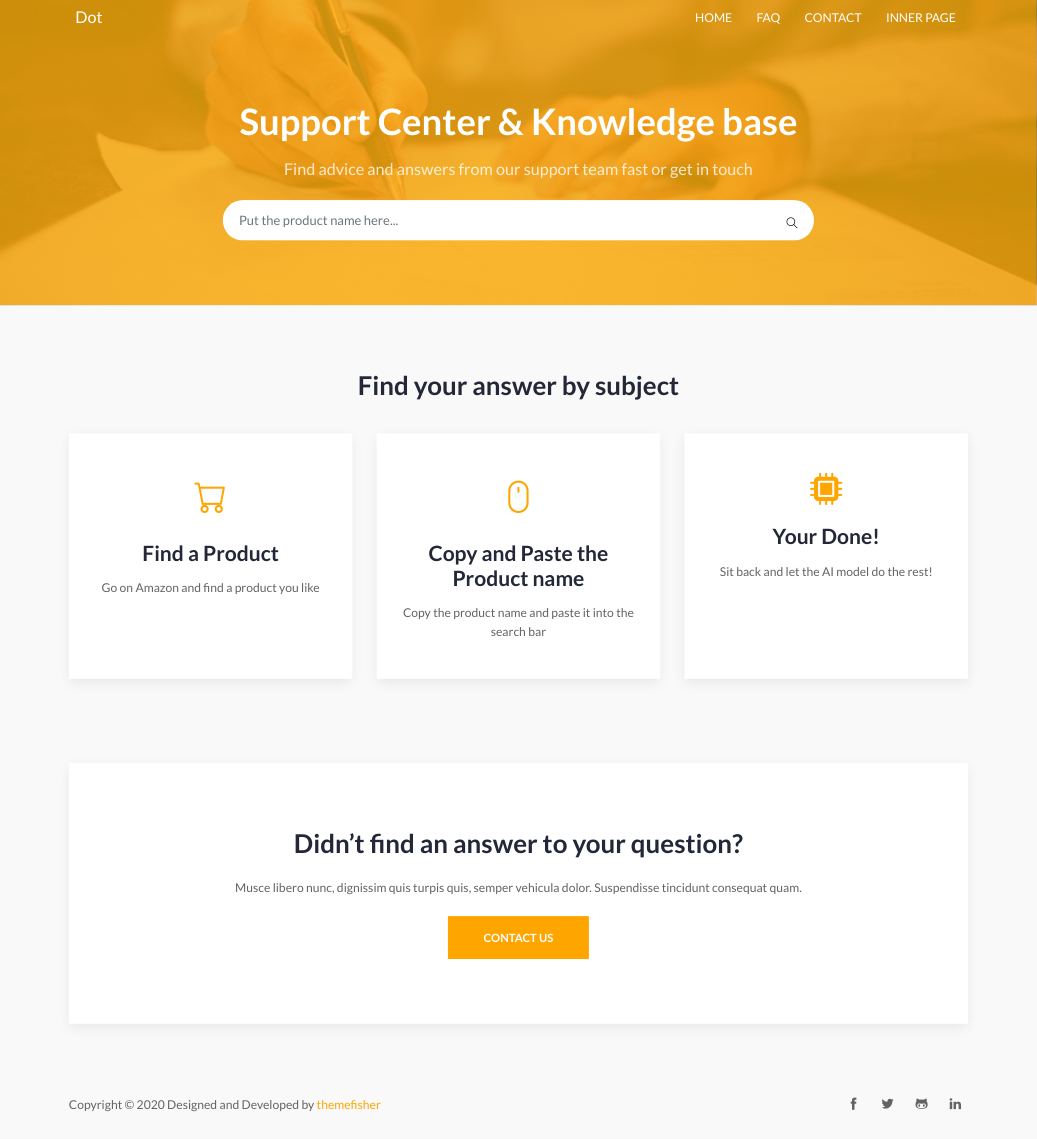
Repository: AlexThyCoolest/ReviewReader
Page: http://localhost/
The author's editor kept a copy of each file at every save. The page is drawn from the files as they stood at one save, then again after the next save.
The browser window is 1280 px wide. The pictures show the whole page, at 81% of full size.
The page is served by the project's application, run on Flask 3 (main.py).

Above is the page before, as saved 2024-07-23 11:17:35.

### OYT/templates/index.html
<!DOCTYPE html>
<html lang="en-us">

<head>
    <meta charset="utf-8">
    <title>Dot</title>
    <meta name="viewport" content="width=device-width, initial-scale=1, maximum-scale=1">

    <!-- theme meta -->
    <meta name="theme-name" content="dot" />

    <!-- ** CSS Plugins Needed for the Project ** -->

    <!-- Bootstrap -->
    <link rel="stylesheet" href="static/plugins/bootstrap/bootstrap.min.css">
    <!-- themefy-icon -->
    <link rel="stylesheet" href="static/plugins/themify-icons/themify-icons.css">
    <!--Favicon-->
    <link rel="icon" href="images/favicon.png" type="image/x-icon">
    <!-- fonts -->
    <link href="https://fonts.googleapis.com/css?family=Lato:300,400,700&display=swap" rel="stylesheet">
    <link rel="stylesheet" href="https://cdnjs.cloudflare.com/ajax/libs/font-awesome/6.0.0-beta3/css/all.min.css">
    <link rel="stylesheet" href="https://cdn.jsdelivr.net/npm/bootstrap-icons@1.11.3/font/bootstrap-icons.min.css">
    <!-- Main Stylesheet -->
    <link href="static/assets/style.css" rel="stylesheet" media="screen" />
    <style>
        :root {
            --primary-color: #FFA500;
            /* Yellow-Orange */
        }

        .btn-primary,
        .bg-primary {
            background-color: var(--primary-color) !important;
            border-color: var(--primary-color) !important;
        }

        .text-primary {
            color: var(--primary-color) !important;
        }
    </style>
</head>
</head>

<body>
    <!-- header -->
    <header class="banner overlay bg-cover" data-background="images/banner.jpg">
        <nav class="navbar navbar-expand-md navbar-dark">
            <div class="container">
                <a class="navbar-brand px-2" href="index.html">Dot</a>
                <button class="navbar-toggler border-0" type="button" data-toggle="collapse" data-target="#navigation"
                    aria-controls="navigation" aria-expanded="false" aria-label="Toggle navigation">
                    <span class="navbar-toggler-icon"></span>
                </button>

                <div class="collapse navbar-collapse text-center" id="navigation">
                    <ul class="navbar-nav ml-auto">
                        <li class="nav-item">
                            <a class="nav-link text-dark" href="index.html">Home</a>
                        </li>
                        <li class="nav-item">
                            <a class="nav-link text-dark" href="faq.html">Faq</a>
                        </li>
                        <li class="nav-item">
                            <a class="nav-link text-dark" href="contact.html">contact</a>
                        </li>
                        <li class="nav-item">
                            <a class="nav-link text-dark" href="single.html">Inner Page</a>
                        </li>
                    </ul>
                </div>
            </div>
        </nav>
        <!-- banner -->
        <div class="container section">
            <div class="row">
                <div class="col-lg-8 text-center mx-auto">
                    <h1 class="text-white mb-3">Support Center &amp; Knowledge base</h1>
                    <p class="text-white mb-4">Find advice and answers from our support team fast or get in touch</p>
                    <div class="position-relative">
                        <form action="/loading" method="post">
                            <input id="product_name" name="product_name" type="text" class="form-control"
                                placeholder="Put the product name here...">
                            <button type="submit" class="search-icon p-0" style="background:white; border:none;"><i
                                    class="ti-search"></i></button>
                        </form>
                    </div>
                </div>
            </div>
        </div>
        <!-- /banner -->
    </header>
    <!-- /header -->

    <!-- topics -->
    <section class="section">
        <div class="container">
            <div class="row justify-content-center">
                <div class="col-12 text-center">
                    <h2 class="section-title">Find your answer by subject</h2>
                </div>
                <!-- topic-item -->
                <div class="col-lg-4 col-sm-6 mb-4">
                    <div class="px-4 py-5 bg-white shadow text-center d-block match-height" style="height: 100%;">
                        <i class="bi bi-cart icon text-primary d-block mb-4"></i>
                        <h3 class="mb-3 mt-0">Find a Product</h3>
                        <p class="mb-0">Go on Amazon and find a product you like</p>
                    </div>
                </div>
                <div class="col-lg-4 col-sm-6 mb-4">
                    <div class="px-4 py-5 bg-white shadow text-center d-block match-height" style="height: 100%;">
                        <i class="bi bi-mouse icon text-primary d-block mb-4"></i>
                        <h3 class="mb-3 mt-0">Copy and Paste the Product name</h3>
                        <p class="mb-0">Copy the product name and paste it into the search bar</p>
                    </div>
                </div>
                <div class="col-lg-4 col-sm-6 mb-4">
                    <div class="px-4 py-5 bg-white shadow text-center d-block match-height" style="height: 100%;">
                        <i class="fa-solid fa-microchip icon text-primary d-block mb-4"></i>
                        <h3 class="mb-3 mt-0">Your Done!</h3>
                        <p class="mb-0">Sit back and let the AI model do the rest!</p>
                    </div>
                </div>
            </div>
        </div>
    </section>
    <!-- /topics -->

    <!-- call to action -->
    <section>
        <div class="container">
            <div class="row">
                <div class="col-12">
                    <div class="section px-3 bg-white shadow text-center">
                        <h2 class="mb-4">Didn&rsquo;t find an answer to your question?</h2>
                        <p class="mb-4">Musce libero nunc, dignissim quis turpis quis, semper vehicula dolor.
                            Suspendisse tincidunt
                            consequat quam.</p>
                        <a href="contact.html" class="btn btn-primary">contact us</a>
                    </div>
                </div>
            </div>
        </div>
    </section>
    <!-- /call to action -->

    <!-- footer -->
    <footer class="section pb-4">
        <div class="container">
            <div class="row align-items-center">
                <div class="col-md-8 text-md-left text-center">
                    <p class="mb-md-0 mb-4">Copyright © 2020 Designed and Developed by <a
                            href="https://themefisher.com/">themefisher</a></p>
                </div>
                <div class="col-md-4 text-md-right text-center">
                    <ul class="list-inline">
                        <li class="list-inline-item"><a class="text-color d-inline-block p-2" href="#"><i
                                    class="ti-facebook"></i></a></li>
                        <li class="list-inline-item"><a class="text-color d-inline-block p-2" href="#"><i
                                    class="ti-twitter-alt"></i></a></li>
                        <li class="list-inline-item"><a class="text-color d-inline-block p-2" href="#"><i
                                    class="ti-github"></i></a>
                        </li>
                        <li class="list-inline-item"><a class="text-color d-inline-block p-2" href="#"><i
                                    class="ti-linkedin"></i></a></li>
                    </ul>
                </div>
            </div>
        </div>
    </footer>
    <!-- /footer -->

    <!-- ** JS Plugins Needed for the Project ** -->
    <!-- jquiry -->
    <script src="static/plugins/jquery/jquery-1.12.4.js"></script>
    <!-- Bootstrap JS -->
    <script src="static/plugins/bootstrap/bootstrap.min.js"></script>
    <!-- match-height JS -->
    <script src="static/plugins/match-height/jquery.matchHeight-min.js"></script>
    <!-- Main Script -->
    <script src="assets/script.js"></script>
</body>

</html>

### OYT/static/assets/style.css
:root {
  --primary-color: #02007e;
  --body-color: #f9f9f9;
  --text-color: #636363;
  --text-color-dark: #242738;
  --white-color: #ffffff;
  --light-color: #f8f9fa;
  --font-family: Lato;
}

body {
  line-height: 1.5;
  font-family: var(--font-family), sans-serif;
  -webkit-font-smoothing: antialiased;
  font-size: 17px;
  color: var(--text-color);
  background-color: var(--body-color)
}

p {
  color: var(--text-color);
  font-size: 15px
}

h1,
h2,
h3,
h4,
h5,
h6 {
  color: var(--text-color-dark);
  font-family: var(--font-family), sans-serif;
  font-weight: 700;
  line-height: 1.2
}

h1,
.h1 {
  font-size: 45px
}

h2,
.h2 {
  font-size: 32px
}

h3,
.h3 {
  font-size: 26px
}

h4,
.h4 {
  font-size: 20px
}

h5,
.h5 {
  font-size: 18px
}

h6,
.h6 {
  font-size: 14px
}

.btn {
  font-size: 14px;
  font-family: var(--font-family), sans-serif;
  text-transform: uppercase;
  padding: 16px 44px;
  border-radius: 0;
  font-weight: 600;
  border: 0;
  position: relative;
  z-index: 1;
  transition: .2s ease
}

.btn:focus {
  outline: 0;
  box-shadow: none !important
}

.btn:active {
  box-shadow: none
}

.btn-primary {
  background: var(--primary-color);
  color: var(--white-color)
}

.btn-primary:active {
  background: var(--primary-color)
}

.btn-primary:hover {
  background: var(--primary-color)
}

.btn-primary:not(:disabled):not(.disabled).active,
.btn-primary:not(:disabled):not(.disabled):active,
.show>.btn-primary.dropdown-toggle {
  color: var(--white-color);
  background-color: var(--primary-color);
  border-color: var(--primary-color)
}

.inline-button {
  line-height: .8rem !important;
  padding: 5px 8px !important;
  pointer-events: none;
  margin-top: -5px
}

.overflow-hidden {
  overflow: hidden !important
}

::-moz-selection {
  background: var(--primary-color);
  color: var(--white-color)
}

::selection {
  background: var(--primary-color);
  color: var(--white-color)
}

.preloader {
  position: fixed;
  top: 0;
  left: 0;
  right: 0;
  bottom: 0;
  background-color: var(--white-color);
  z-index: 999;
  display: flex;
  align-items: center;
  justify-content: center
}

ul {
  list-style-type: none;
  margin: 0;
  padding-left: 0;
  font-size: 15px
}

ol {
  padding-left: 20px;
  font-size: 15px
}

img {
  vertical-align: middle;
  border: 0
}

a,
a:hover,
a:focus {
  text-decoration: none;
  color: var(--primary-color)
}

a:hover,
a:focus {
  color: var(--primary-color)
}

a,
button,
select {
  cursor: pointer;
  transition: .2s ease
}

a:focus,
button:focus,
select:focus {
  outline: 0
}

.slick-slide {
  outline: 0
}

.section {
  padding-top: 80px;
  padding-bottom: 80px
}

@media(max-width:768px) {
  .section {
    padding-top: 60px
  }
}

.section-sm {
  padding-top: 60px;
  padding-bottom: 60px
}

@media(max-width:768px) {
  .section-sm {
    padding-top: 40px
  }
}

.section-title {
  margin-bottom: 40px
}

.bg-cover {
  background-size: cover;
  background-position: 50%;
  background-repeat: no-repeat
}

.border-primary {
  border-color: #f2f2f2 !important
}

pre {
  padding: 20px
}

.overlay {
  position: relative
}

.overlay::before {
  position: absolute;
  content: '';
  height: 100%;
  width: 100%;
  top: 0;
  left: 0;
  background: var(--primary-color);
  opacity: .8
}

.outline-0 {
  outline: 0 !important
}

.d-unset {
  display: unset !important
}

.bg-primary {
  background: var(--primary-color) !important
}

.bg-white {
  background-color: var(--white-color) !important
}

.bg-light {
  background-color: var(--light-color) !important
}

.text-primary {
  color: var(--primary-color) !important
}

.text-color {
  color: var(--text-color) !important
}

.text-dark {
  color: var(--text-color-dark) !important
}

.text-white {
  color: var(--white-color) !important
}

.top-50 {
  top: 50px
}

.navbar {
  padding: 0
}

@media(max-width:768px) {
  .navbar {
    padding: 10px 0
  }
}

.navbar-brand img {
  max-width: 100px;
  margin-bottom: 0
}

.navbar .nav-item .nav-link {
  text-transform: uppercase;
  padding: 10px 15px !important;
  font-size: 15px
}

.navbar .dropdown:hover .dropdown-menu {
  visibility: visible;
  opacity: 1;
  -webkit-transform: scaleX(1);
  transform: scaleX(1)
}

.navbar .dropdown-menu {
  box-shadow: 0 3px 9px 0 rgba(0, 0, 0, .12);
  padding: 15px 0;
  border: 0;
  top: 40px;
  left: -35px;
  border-radius: 0;
  display: block;
  visibility: hidden;
  transition: .3s ease;
  opacity: 0;
  -webkit-transform: translateY(20px);
  transform: translateY(20px);
  background: var(--white-color)
}

@media(max-width:768px) {
  .navbar .dropdown-menu {
    display: none;
    opacity: 1;
    visibility: visible;
    -webkit-transform: translateY(0);
    transform: translateY(0);
    -webkit-transform-origin: unset;
    transform-origin: unset
  }
}

.navbar .dropdown-menu.view {
  visibility: visible !important;
  opacity: 1;
  -webkit-transform: translateY(0);
  transform: translateY(0);
  -webkit-transform-origin: top;
  transform-origin: top
}

@media(max-width:768px) {
  .navbar .dropdown-menu.view {
    display: block
  }
}

.navbar .dropdown-menu.show {
  visibility: hidden
}

@media(max-width:768px) {
  .navbar .dropdown-menu.show {
    visibility: visible;
    display: block
  }
}

.navbar .dropdown-item {
  position: relative;
  color: var(--text-color-dark);
  transition: .2s ease;
  font-family: var(--font-family), sans-serif
}

@media(max-width:768px) {
  .navbar .dropdown-item {
    text-align: center
  }
}

.navbar .dropdown-item:hover {
  color: var(--primary-color);
  background: 0 0
}

.lang-list {
  background: var(--primary-color);
  color: var(--white-color)
}

.lang-list.dark {
  color: var(--text-color-dark);
  background: var(--white-color)
}

.banner {
  overflow: hidden
}

.banner p {
  font-size: 20px;
  opacity: .8
}

.banner .nav-link.text-dark {
  color: var(--white-color) !important
}

.banner .nav-link.text-dark:hover {
  color: var(--white-color) !important
}

.banner .navbar-brand {
  color: var(--white-color) !important
}

#project-icon {
  float: left;
  height: 32px;
  width: 32px
}

#project-description {
  margin: 0;
  padding: 0
}

.ui-helper-hidden-accessible {
  display: none
}

.ui-menu {
  background: var(--white-color);
  padding: 5px 20px 20px;
  right: 0 !important;
  max-height: 200px;
  overflow: hidden;
  border-radius: 0 0 25px 25px;
  z-index: 9999;
  box-shadow: 0 13px 20px 0 rgba(0, 0, 0, .07)
}

@media(max-width:575px) {
  .ui-menu {
    width: calc(100% - 30px) !important
  }
}

@media(min-width:576px) {
  .ui-menu {
    max-width: 510px !important
  }
}

@media(min-width:768px) {
  .ui-menu {
    max-width: 690px !important
  }
}

@media(min-width:992px) {
  .ui-menu {
    max-width: 610px !important
  }
}

@media(min-width:1200px) {
  .ui-menu {
    max-width: 730px !important
  }
}

.ui-menu-item a {
  color: var(--text-color);
  padding: 8px 0;
  font-size: 15px
}

.ui-menu-item a:hover {
  color: var(--primary-color)
}

.ui-menu-item:not(:last-child) {
  border-bottom: 1px solid #e8e8e8
}

.ui-menu-item * {
  display: none
}

.ui-menu-item .ui-corner-all {
  display: block
}

.form-control {
  height: 50px;
  border-radius: 25px;
  border: 0;
  padding: 0 20px
}

.form-control:focus {
  border: 0;
  box-shadow: none !important
}

textarea.form-control {
  height: 150px;
  padding: 20px
}

.icon {
  font-size: 40px
}

.shadow {
  box-shadow: 0 5px 15px rgba(0, 0, 0, .07) !important;
  transition: .3s ease
}

.shadow-bottom {
  box-shadow: 0 1px 0 rgba(12, 13, 14, .1), 0 1px 6px rgba(59, 64, 69, .1)
}

.shadow:hover,
.shadow:focus {
  box-shadow: 0 14px 25px rgba(0, 0, 0, .1) !important
}

.content * {
  margin-bottom: 20px
}

.content img {
  max-width: 100%;
  height: auto;
  margin: 0 auto 15px;
  display: block;
  text-align: center
}

.content ul {
  padding-left: 0;
  margin-bottom: 20px
}

.content ul li {
  padding-left: 20px;
  position: relative
}

.content ul li::before {
  position: absolute;
  content: '';
  height: 8px;
  width: 8px;
  border-radius: 50%;
  background: var(--primary-color);
  opacity: .3;
  left: 0;
  top: 8px
}

.list-styled li {
  padding-left: 20px;
  position: relative
}

.list-styled li::before {
  position: absolute;
  content: '';
  height: 8px;
  width: 8px;
  border-radius: 50%;
  background: var(--primary-color);
  opacity: .3;
  left: 0;
  top: 17px
}

.post-meta {
  color: var(--text-color);
  font-style: italic;
  font-size: 14px
}

blockquote {
  font-size: 20px !important;
  color: var(--text-color-dark);
  padding: 20px 40px;
  border-left: 2px solid var(--primary-color);
  margin: 40px 0;
  font-weight: 700;
  background: var(--light-color)
}

blockquote p {
  margin-bottom: 0 !important
}

.pagination {
  justify-content: space-between
}

.pagination a {
  color: var(--primary-color)
}

.pagination i {
  font-size: 15px;
  line-height: 1.8
}

#accordion i {
  font-size: 14px;
  line-height: 2
}

table {
  text-align: left;
  width: 100%;
  max-width: 100%;
  margin-bottom: 1rem;
  border: 1px solid #dee2e6
}

table td,
table th {
  padding: .75rem;
  vertical-align: top;
  border: 1px solid #dee2e6;
  margin-bottom: 0
}

thead {
  background: #ececec;
  margin-bottom: 0
}

tbody {
  background: #f8f8f8;
  margin-bottom: 0
}

.notices {
  margin: 2rem 0;
  position: relative
}

.notices p {
  padding: 10px
}

.notices p::before {
  position: absolute;
  top: 2px;
  color: #fff;
  font-family: themify;
  font-weight: 900;
  content: "\e717";
  left: 10px
}

.notices.note p {
  border-top: 30px solid #6ab0de;
  background: #e7f2fa
}

.notices.note p::after {
  content: 'Note';
  position: absolute;
  top: 2px;
  color: #fff;
  left: 2rem
}

.notices.tip p {
  border-top: 30px solid #78c578;
  background: #e6f9e6
}

.notices.tip p::after {
  content: 'Tip';
  position: absolute;
  top: 2px;
  color: #fff;
  left: 2rem
}

.notices.info p {
  border-top: 30px solid #f0b37e;
  background: #fff2db
}

.notices.info p::after {
  content: 'Info';
  position: absolute;
  top: 2px;
  color: #fff;
  left: 2rem
}

.notices.warning p {
  border-top: 30px solid #e06f6c;
  background: #fae2e2
}

.notices.warning p::after {
  content: 'Warning';
  position: absolute;
  top: 2px;
  color: #fff;
  left: 2rem
}

.sidebar {
  background-color: var(--white-color);
  position: sticky;
  top: 50px;
  margin-bottom: 30px;
  padding: 40px 10px 20px
}

.sidelist {
  display: block
}

li.sidelist>a {
  margin-left: 20px;
  margin-bottom: 10px;
  display: block;
  font-size: 20px
}

li.sidelist li a {
  margin: 0
}

.sidelist li.sidelist {
  display: block
}

.sidelist li.sidelist.active a {
  color: var(--primary-color)
}

.sidelist li.sidelist.active::before {
  opacity: 1
}

.page-list li a {
  display: none
}

.page-list li ul a {
  display: block
}

.sidelist li a {
  color: var(--text-color-dark);
  display: block;
  font-size: 15px;
  font-weight: 500;
  padding: 10px 0;
  line-height: 1.4
}

p:empty,
p a:empty {
  display: none !important
}

pre {
  display: block;
  padding: 9.5px;
  margin: 10px 0
}

code {
  margin-bottom: 0 !important;
  font-size: 100%
}

.back-btn {
  position: relative
}

.back-btn::before {
  position: absolute;
  font-family: themify;
  content: "\e6bc";
  font-size: 25px;
  height: 30px;
  width: 40px;
  background-color: var(--white-color);
  color: inherit;
  text-align: right;
  z-index: 1;
  left: -5px;
  top: -5px
}

.ui-autocomplete-input {
  border-bottom: 1px solid #d4d4d4 !important
}

.ui-autocomplete-input.active {
  border-bottom-left-radius: 0;
  border-bottom-right-radius: 0
}

.search-icon {
  position: absolute;
  right: 20px;
  top: 18px;
  font-size: 14px
}

i {
  transition: .2s ease
}

a:hover i {
  color: var(--primary-color)
}

pre code::-webkit-scrollbar {
  height: 5px
}

pre code::-webkit-scrollbar-track {
  background: #000
}

pre code::-webkit-scrollbar-thumb {
  background: #888
}

.code-tabs {
  border: 1px solid #dee2e6;
  overflow: hidden;
  margin: 20px 0
}

.code-tabs .tab-content {
  padding: 20px 15px;
  margin-bottom: 0
}

.code-tabs .tab-content .tab-pane {
  margin-bottom: 0
}

.code-tabs .nav-tabs {
  margin-bottom: 0
}

.code-tabs .nav-tabs .nav-item {
  padding-left: 0;
  border-right: 1px solid #dee2e6
}

.code-tabs .nav-tabs .nav-item .nav-link {
  text-decoration: none;
  font-weight: 500;
  border: 0;
  margin-bottom: 0
}

.code-tabs .nav-tabs .nav-item::before {
  display: none
}

.code-tabs .nav-tabs .nav-item.active {
  background: var(--primary-color)
}

.code-tabs .nav-tabs .nav-item.active .nav-link {
  color: var(--white-color)
}

Loaded but not shown: OYT/static/plugins/bootstrap/bootstrap.min.css (library); OYT/static/plugins/themify-icons/themify-icons.css (library); OYT/static/plugins/jquery/jquery-1.12.4.js (library); OYT/static/plugins/bootstrap/bootstrap.min.js (library); OYT/static/plugins/match-height/jquery.matchHeight-min.js (library); OYT/static/assets/script.js (26 lines, source omitted); OYT/main.py (279 lines, source omitted)

After the next save:
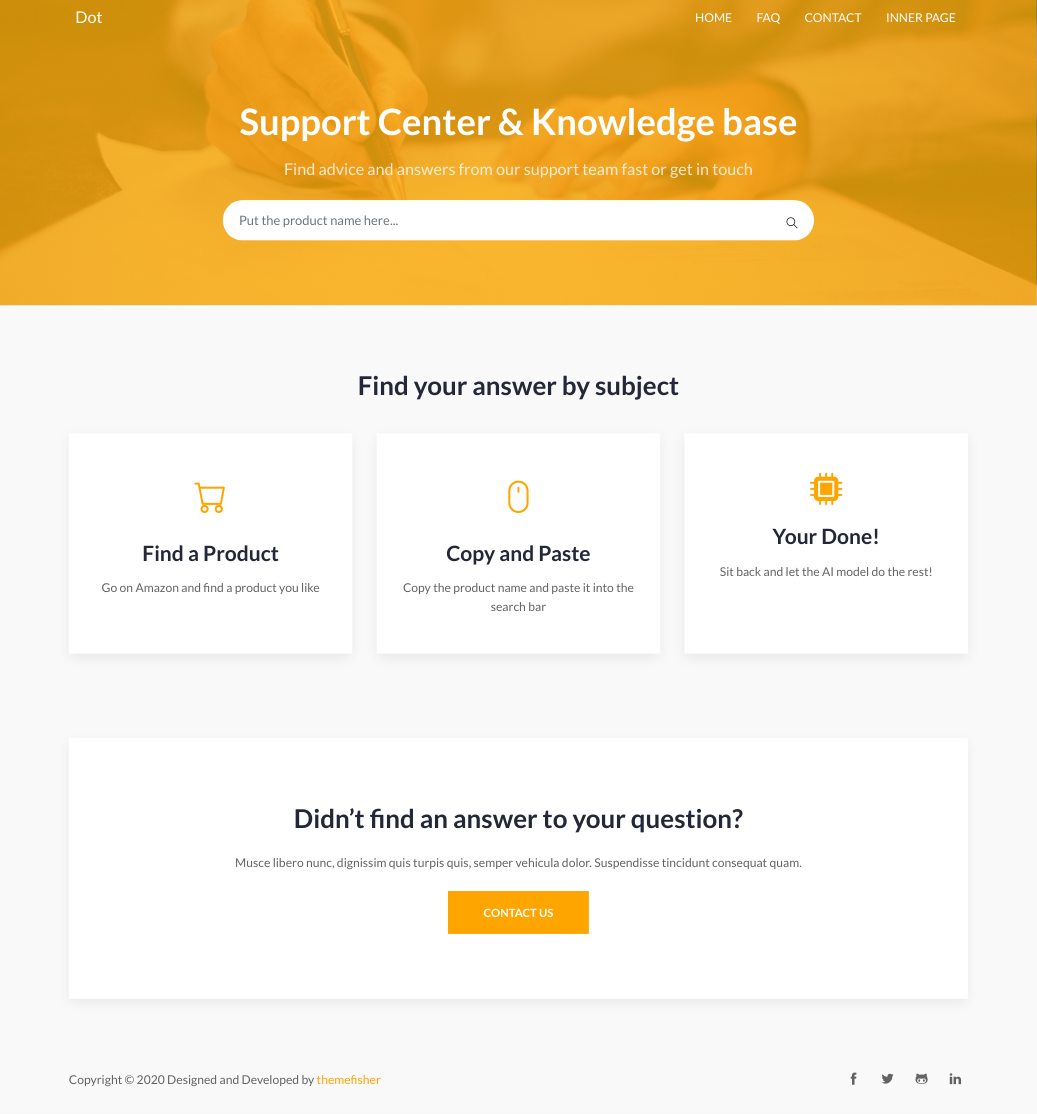
Saved 32 s later.
--- a/OYT/templates/index.html
+++ b/OYT/templates/index.html
@@ -110,7 +110,7 @@
                 <div class="col-lg-4 col-sm-6 mb-4">
                     <div class="px-4 py-5 bg-white shadow text-center d-block match-height" style="height: 100%;">
                         <i class="bi bi-mouse icon text-primary d-block mb-4"></i>
-                        <h3 class="mb-3 mt-0">Copy and Paste the Product name</h3>
+                        <h3 class="mb-3 mt-0">Copy and Paste</h3>
                         <p class="mb-0">Copy the product name and paste it into the search bar</p>
                     </div>
                 </div>
